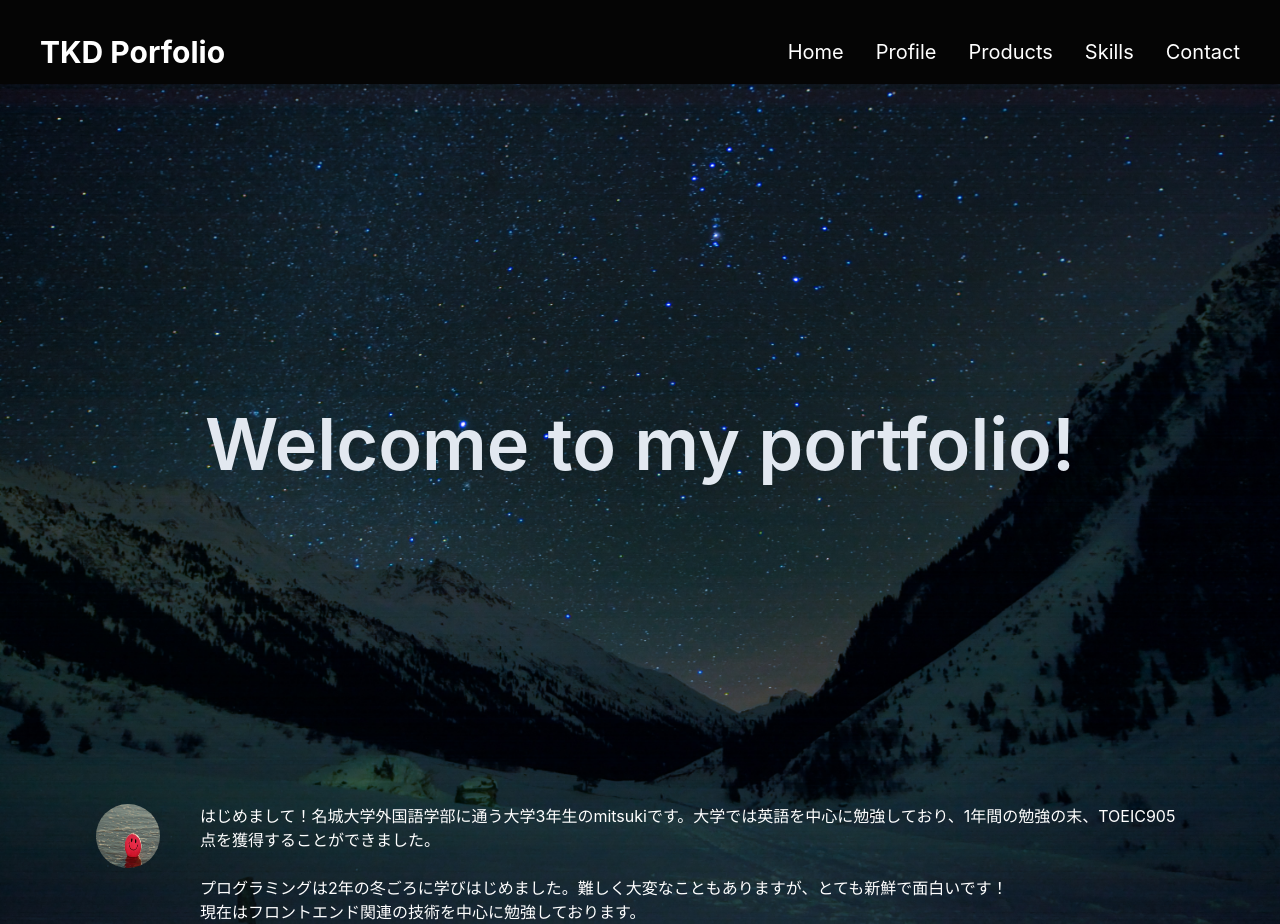
Repository: MitukiTakada/todo-aplication
Page: / (app in design/dev/react-tailwind/react-tailwind/)
An editor plug-in stored every save of this project. The page is shown before and after a run of saves, followed by the edit.
The browser window is 1280 px wide. The pictures show the whole page.
The project was rebuilt for these pictures with package versions that can differ from the ones it lists, and the page was loaded fresh each time. Also part of the build but not shown: design/dev/react-tailwind/react-tailwind/src/components/Contact.jsx, design/dev/react-tailwind/react-tailwind/src/components/Products.jsx, design/dev/react-tailwind/react-tailwind/src/components/Profile.jsx, design/dev/react-tailwind/react-tailwind/src/components/Skills.jsx.

Above is the page before, as saved 2022-11-19 14:57:49.

### design/dev/react-tailwind/react-tailwind/public/index.html
<!DOCTYPE html>
<html lang="en">
  <head>
    <meta charset="utf-8" />
    <link rel="icon" href="%PUBLIC_URL%/favicon.ico" />
    <meta name="viewport" content="width=device-width, initial-scale=1" />
    <meta name="theme-color" content="#000000" />
    <meta
      name="description"
      content="Web site created using create-react-app"
    />
    <link rel="apple-touch-icon" href="%PUBLIC_URL%/logo192.png" />
    <link rel ="stylesheet" href="https://cdnjs.cloudflare.com/ajax/libs/font-awesome/5.15.3/css/all.min.css">
    <!--
      manifest.json provides metadata used when your web app is installed on a
      user's mobile device or desktop. See https://developers.google.com/web/fundamentals/web-app-manifest/
    -->
    <link rel="manifest" href="%PUBLIC_URL%/manifest.json" />
    <!--
      Notice the use of %PUBLIC_URL% in the tags above.
      It will be replaced with the URL of the `public` folder during the build.
      Only files inside the `public` folder can be referenced from the HTML.

      Unlike "/favicon.ico" or "favicon.ico", "%PUBLIC_URL%/favicon.ico" will
      work correctly both with client-side routing and a non-root public URL.
      Learn how to configure a non-root public URL by running `npm run build`.
    -->
    <title>React App</title>
  </head>
  <body>
    <noscript>You need to enable JavaScript to run this app.</noscript>
    <div id="root"></div>
    <!--
      This HTML file is a template.
      If you open it directly in the browser, you will see an empty page.

      You can add webfonts, meta tags, or analytics to this file.
      The build step will place the bundled scripts into the <body> tag.

      To begin the development, run `npm start` or `yarn start`.
      To create a production bundle, use `npm run build` or `yarn build`.
    -->
  </body>
</html>

### design/dev/react-tailwind/react-tailwind/src/index.jsx
import React from 'react';
import ReactDOM from 'react-dom/client';
import './index.css';
import App from './App';
import reportWebVitals from './reportWebVitals';
import { BrowserRouter } from 'react-router-dom';
import { ChakraProvider } from '@chakra-ui/provider';

const root = ReactDOM.createRoot(document.getElementById('root'));
root.render(
  <React.StrictMode>
    <BrowserRouter>
        <ChakraProvider>
          <App />
        </ChakraProvider>
    </BrowserRouter>
  </React.StrictMode>
);

// If you want to start measuring performance in your app, pass a function
// to log results (for example: reportWebVitals(console.log))
// or send to an analytics endpoint. Learn more: https://bit.ly/CRA-vitals
reportWebVitals();

### design/dev/react-tailwind/react-tailwind/src/App.jsx
import { BrowserRouter, Routes, Route } from "react-router-dom";
import Contact from "./components/Contact";
import Header from "./components/Header";
import Home from "./components/Home";
import Products from "./components/Products";
import Profile from "./components/Profile";
import Skills from "./components/Skills";


function App() {
  return (
    <div className=" bg-body  text-white w-full sm:px-0 pt-5">
     <Header />
      <Routes>
        <Route path="/" element={<Home />}/>
        <Route path="/prfole" element={<Profile />}/>
        <Route path="products" element={<Products />}/>
        <Route path="/skills" element={<Skills />}/>
        <Route path="/contact" element={<Contact />}/>
      </Routes>
    </div>
  );
}

export default App;

### design/dev/react-tailwind/react-tailwind/src/components/Header.jsx
import React from 'react'
import { Link } from 'react-router-dom'
import "./output.css"
import Hamburger from './atoms/Hamburger'

const Header = () => {
  return (
    <header className="container flex justify-between  w-full items-center mr-0 relative h-16 px-10">
      <div>
        <h2 className="text-2xl font-bold md:text-3xl">TKD Porfolio</h2>
      </div>
      <nav className="flex space-x-8 text-xl ml-8 items-center hidden md:block">
        <Link to={"/"} className="link">Home</Link>
        <Link to={"/profile"} className="link">Profile</Link>
        <Link to={"/products"} className="link">Products</Link>
        <Link to={"/skills"} className="link">Skills</Link>
        <Link to={"/contact"} className="link">Contact</Link>
      </nav>
      <Hamburger className="md:hidden absolute right-3"/>
    </header>
  )
}

export default Header

### design/dev/react-tailwind/react-tailwind/src/components/Home.jsx
import React from 'react'
import mainImage from "../images/main-image.jpeg"
import "./Home.css";
import userImage from "../images/user.jpg"

const Home = () => {
  return (
    <div className="home ">
      <div className="items-center ">
        <h1 className=" font-semibold text-3xl 100v text-center text-slate-200 lg:text-7xl md:text-5xl">Welcome to my portfolio!</h1>
      </div>
      <div className="flex mx-auto px-24 space-x-10">
        <img src={userImage} alt="" className="h-16 w-16 rounded-full"/>
        <div>
          <p>
            はじめまして！名城大学外国語学部に通う大学3年生のmitsukiです。大学では英語を中心に勉強しており、1年間の勉強の末、TOEIC905点を獲得することができました。
          </p>
          <br />
          <p>
          プログラミングは2年の冬ごろに学びはじめました。難しく大変なこともありますが、とても新鮮で面白いです！
          </p>
          <p>
          現在はフロントエンド関連の技術を中心に勉強しております。
          </p>
          </div>
      </div>
    </div>
  )
}

export default Home

### design/dev/react-tailwind/react-tailwind/src/components/output.css
.link {
  @apply hover:text-purple-400 transition-all duration-300;
}
.drawer-link {
  @apply hover:text-purple-400 transition-all duration-300 text-xl block text-center my-3;
}
.contact-btn {
  @apply bg-purple-500 font-bold text-xl px-3 py-2 rounded border-none hover:bg-purple-800 duration-300 transition-all mt-10
}
.secondary-title {
  @apply text-3xl font-bold;
}
.secondary-title::before {
  content: "";
  @apply block w-12 h-2 bg-purple-400 rounded-full mb-1;
}

.section-paragraph {
  @apply text-secondary my-6 w-full max-w-3xl
}

.badge {
  @apply px-4 py-2 text-sm rounded bg-badge block
}

.send-btn {
  @apply bg-teal-400 font-bold text-xl px-3 py-2 rounded border-none hover:bg-teal-600 duration-300 transition-all mt-10
}

### design/dev/react-tailwind/react-tailwind/src/components/atoms/Hamburger.jsx
import React from 'react'
import {
  Drawer,
  DrawerBody,
  DrawerOverlay,
  DrawerContent,
  DrawerCloseButton,
  useDisclosure,
  Button
} from '@chakra-ui/react'
import { Link } from 'react-router-dom';
import { HamburgerIcon } from '@chakra-ui/icons';

const Hamburger = () => {
  const { isOpen, onOpen, onClose } = useDisclosure()
  return (
    <div className="md:hidden">
        <HamburgerIcon h={30} w={30} className="hover:text-purple-400 duration-300 transition-all cursor-pointer"
        onClick={onOpen}
        />
        <Drawer isOpen={isOpen} onClose={onClose} placement="left" size="xs">
          <DrawerOverlay>
            <DrawerContent>
              <DrawerBody className="w-2/5 bg-slate-200 h-full p-12">
                <div className="z-20 space-y-5 text-xl">
                  <Link to={"/"} className="link drawer-link">Home</Link>
                  <Link to={"/profile"} className="link drawer-link">Profile</Link>
                  <Link to={"/products"} className="link drawer-link">Products</Link>
                  <Link to={"/skills"} className="link drawer-link">Skills</Link>
                  <Link to={"/contact"} className="link drawer-link">Contact</Link>
                  <DrawerCloseButton className="text-white text-md  p-2 rounded mt-15 mx-auto bg-red-400 transition-all duration-300 hover:bg-red-700 ">閉じる</DrawerCloseButton>
                </div>
              </DrawerBody>
            </DrawerContent>
          </DrawerOverlay>
        </Drawer>
      </div>
  )
}

export default Hamburger

### design/dev/react-tailwind/react-tailwind/src/components/Home.css
.home {
  background-image: url(../images/mountain.jpeg);
  background-position: center;
  background-size: cover;
  height: 100%;
  width: 100%;
}

.home h1 {
  line-height: 100vh;
  align-items: center;
}

### design/dev/react-tailwind/react-tailwind/tailwind.config.js
/** @type {import('tailwindcss').Config} */
module.exports = {
  content: [
    "./src/**/*.{js,jsx,ts,tsx}",
  ],
  theme: {
    extend: {

      colors: {
        body: "#050505",
        secondary: "#9191A4",
        badge: "#3F3F51"
      },
      lineHeight: {
        "100v": "100vh"
      }
    },
  },
  plugins: [],
}

Loaded but not shown: design/dev/react-tailwind/react-tailwind/src/index.css (common file); design/dev/react-tailwind/react-tailwind/src/reportWebVitals.js (common file)

After the next 3 saves:
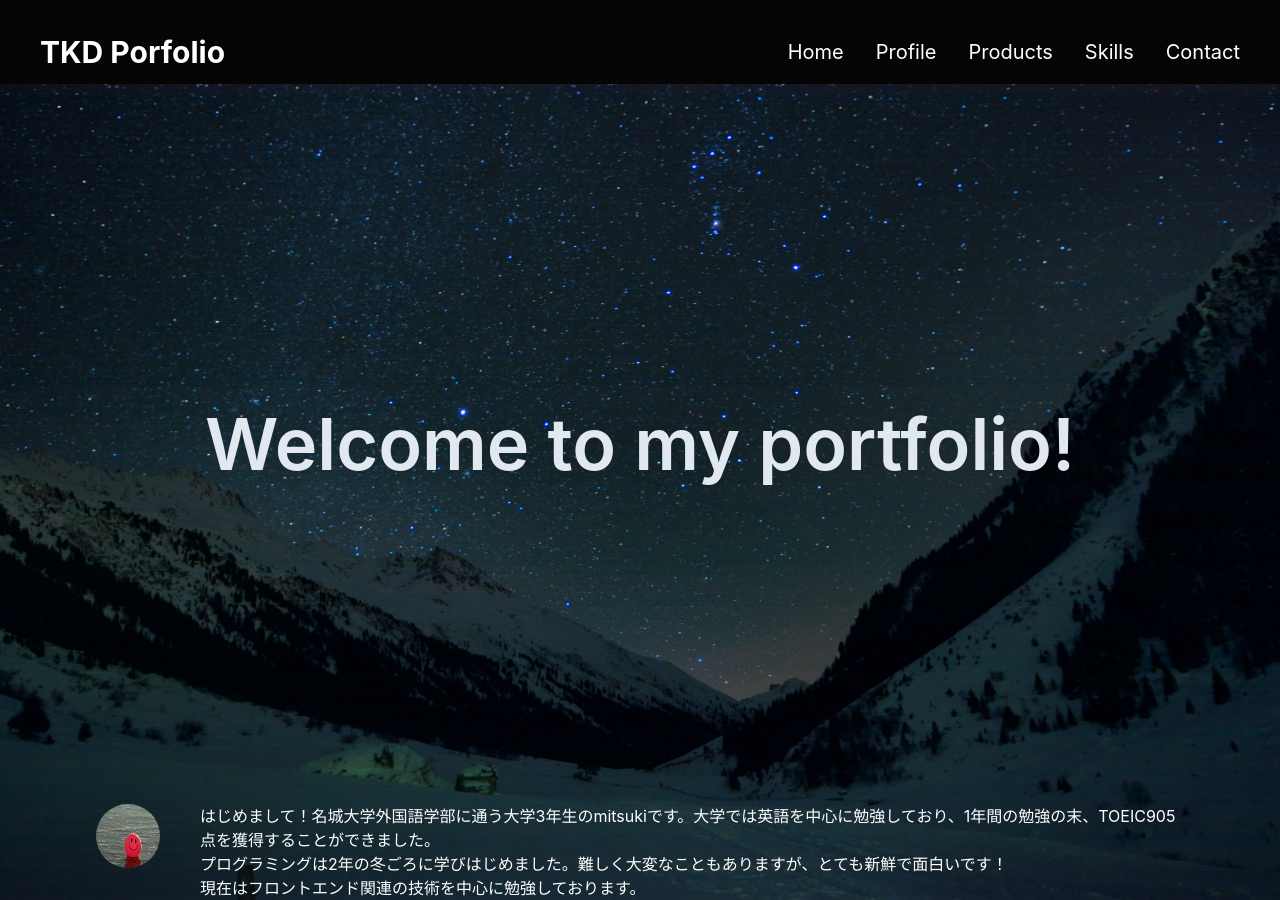
The 3 saves are shown as one change because they came seconds apart.
The last was saved 12 s later.
--- a/design/dev/react-tailwind/react-tailwind/src/components/Home.jsx
+++ b/design/dev/react-tailwind/react-tailwind/src/components/Home.jsx
@@ -15,12 +15,11 @@ const Home = () => {
           <p>
             はじめまして！名城大学外国語学部に通う大学3年生のmitsukiです。大学では英語を中心に勉強しており、1年間の勉強の末、TOEIC905点を獲得することができました。
           </p>
-          <br />
           <p>
-          プログラミングは2年の冬ごろに学びはじめました。難しく大変なこともありますが、とても新鮮で面白いです！
+            プログラミングは2年の冬ごろに学びはじめました。難しく大変なこともありますが、とても新鮮で面白いです！
           </p>
           <p>
-          現在はフロントエンド関連の技術を中心に勉強しております。
+            現在はフロントエンド関連の技術を中心に勉強しております。
           </p>
           </div>
       </div>
